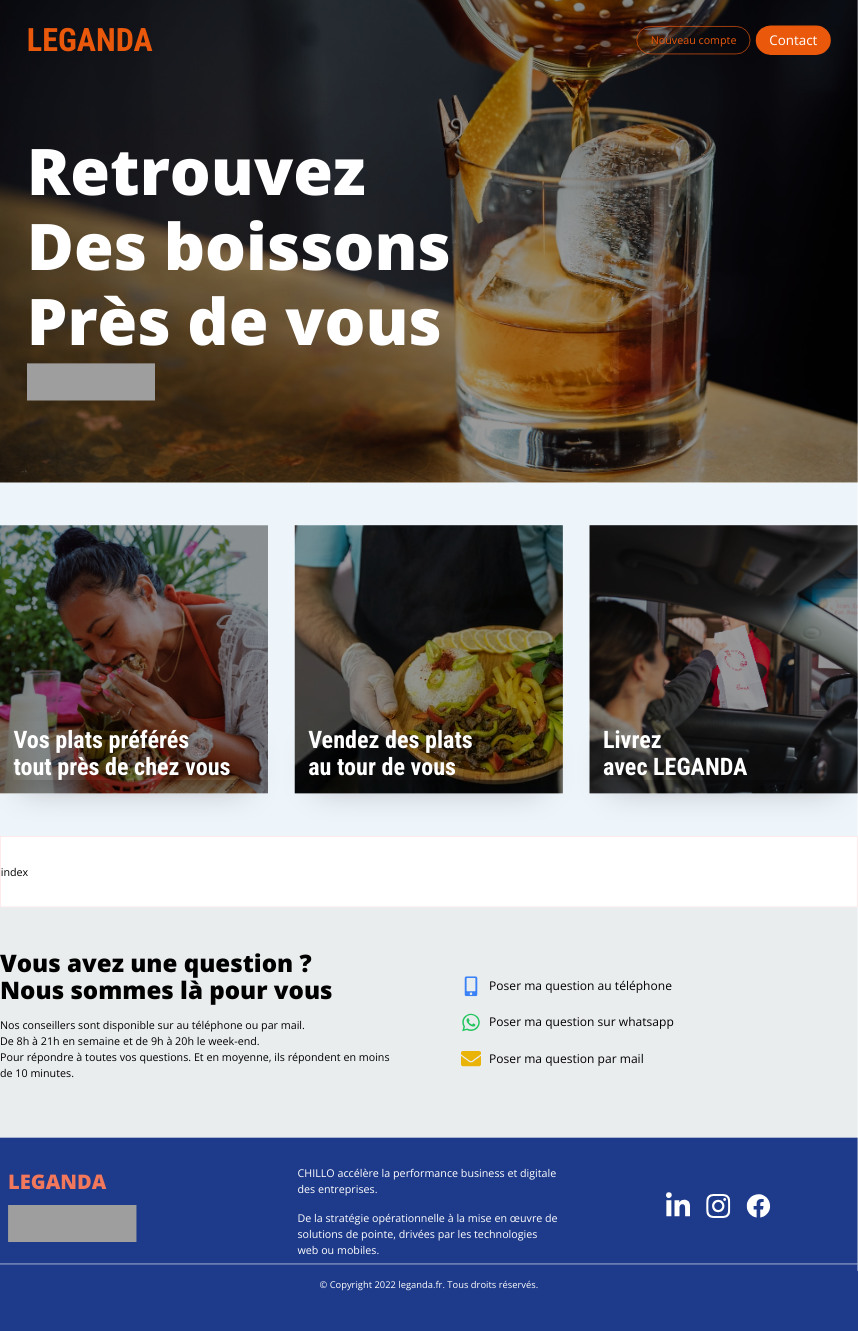
Repository: chillo-tech/website-leganda
Page: /
An editor plug-in stored every save of this project. The page is shown before and after the next save, followed by the edit.
The browser window is 1280 px wide. The pictures show the whole page, at 67% of full size.
Pictures or frames that could not be fetched are drawn as grey boxes. The project was rebuilt for these pictures with package versions that can differ from the ones it lists, and the page was loaded fresh each time. Some packages were replaced by stand-ins written for this rebuild. The framework's server and built-in components were replaced by stand-ins that run in the browser. Also part of the build but not shown: next.config.js, components/header/items/SearchBar.tsx.

Above is the page before, as saved 2023-02-09 11:16:32.

After the next save:
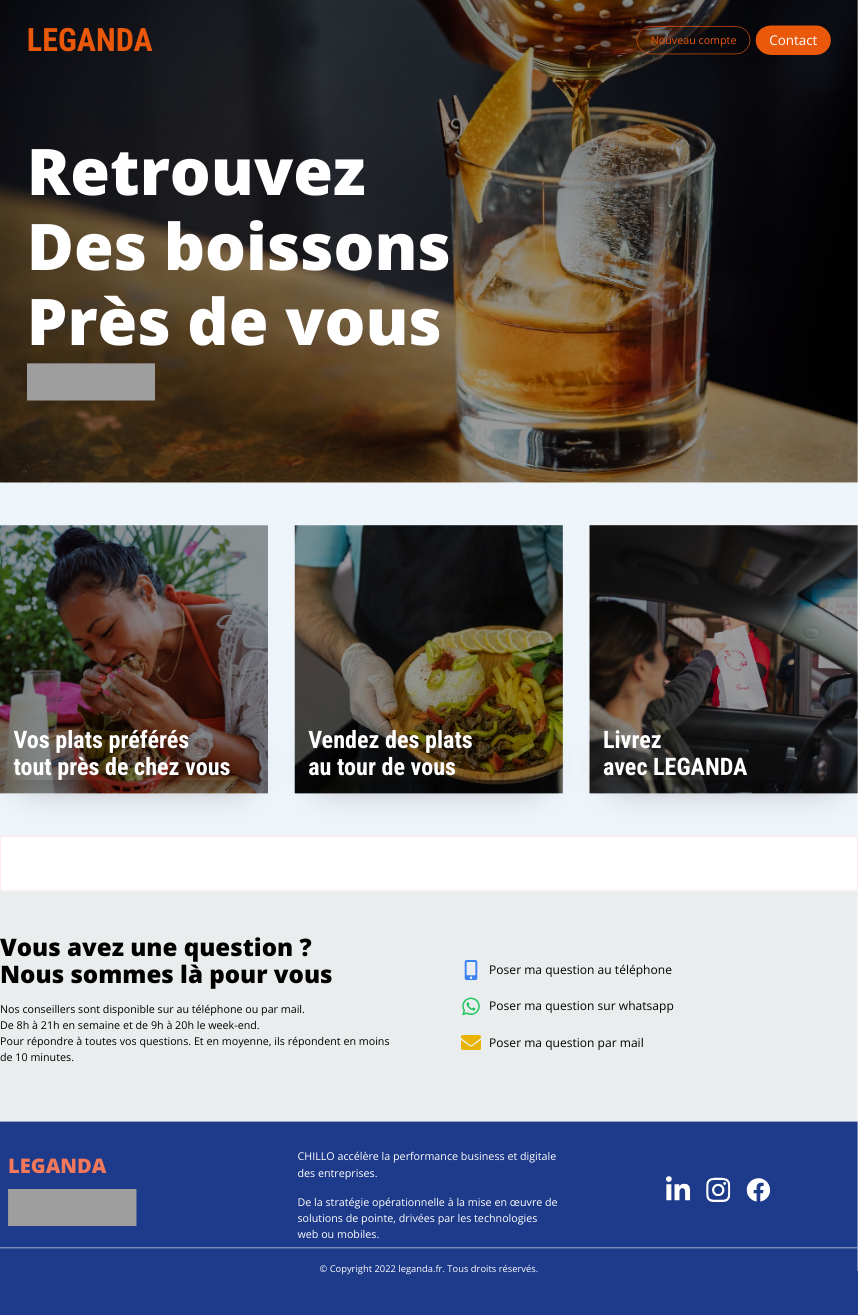
Saved 25 s later.
--- a/components/tabs/index.tsx
+++ b/components/tabs/index.tsx
@@ -2,7 +2,9 @@
 
 function Tabs({items}: any) {
   return (
-    <section className='container px-3 md:px-0 border border-red-100 py-10'>index</section>
+    <section className='container px-3 md:px-0 border border-red-100 py-10'>
+      <ul className='flex'></ul>
+    </section>
   )
 }
 

After the 5 saves that followed:
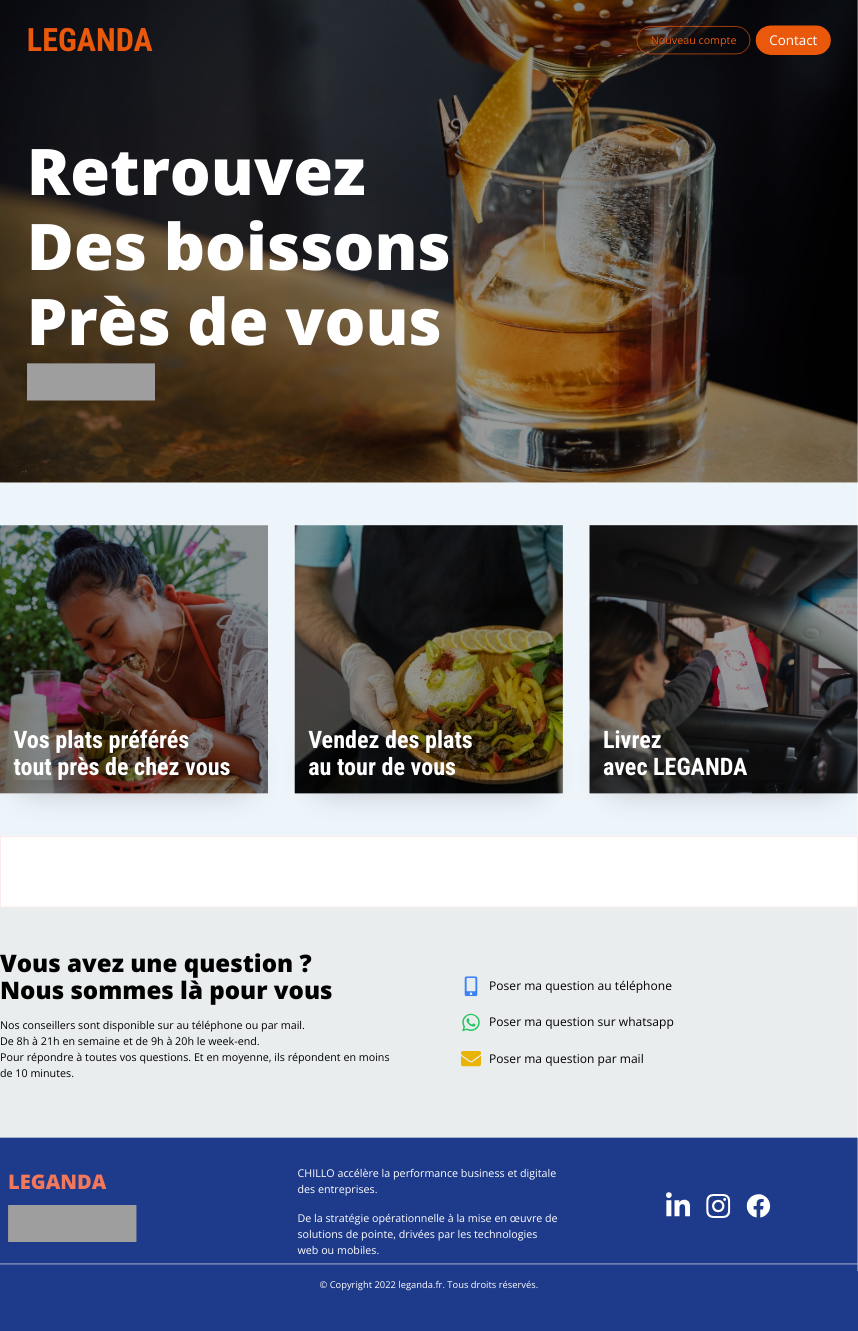
The 5 saves are shown as one change because 2 did not build or start and 1 left the picture as it was and some came seconds apart.
The last was saved 2 min 15 s later.
--- a/components/tabs/index.tsx
+++ b/components/tabs/index.tsx
@@ -3,7 +3,13 @@
 function Tabs({items}: any) {
   return (
     <section className='container px-3 md:px-0 border border-red-100 py-10'>
-      <ul className='flex'></ul>
+      <ul className='flex'>
+        {items.map((item: any, index: number) => (
+          <li className={`tab-${index}`}>
+            <button type='button'></button>
+          </li>
+        ))}
+      </ul>
     </section>
   )
 }
